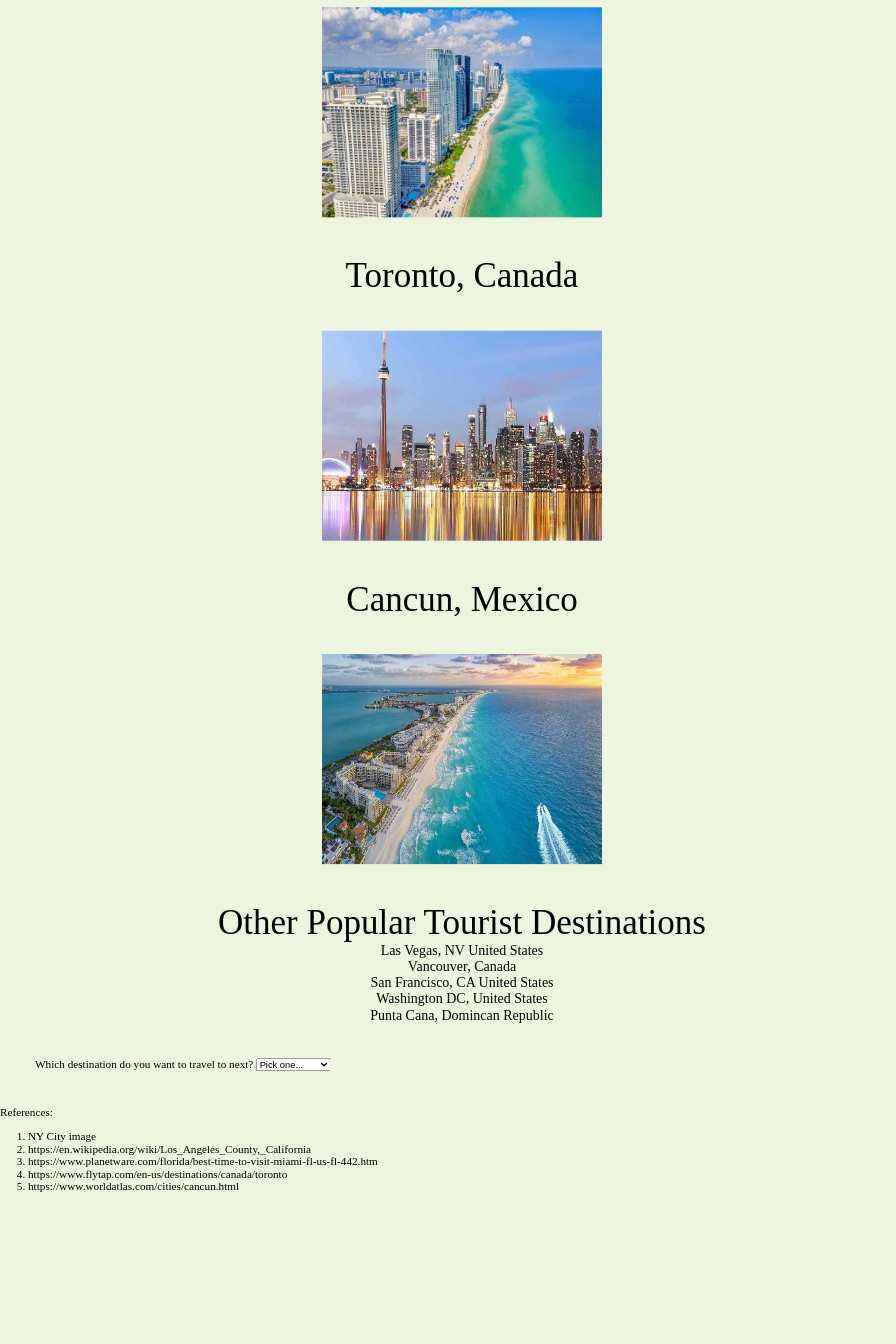
Repository: alharama/StaticWebsite
Page: na_page.html
An editor plug-in stored every save of this project. The page is shown before and after the next save, followed by the edit.
The browser window is 1280 px wide. The pictures show the part of the page from y = 1739 to 3659 px (the page is 3659 px tall before and 3591 px after), at 70% of full size.

Above is the page before, as saved 2021-09-30 00:36:04.

### na_page.html
<!DOCTYPE html>
<html>
<head>

    <link rel = "stylesheet" type="text/css" href="StyleSheet.css">;
    <link rel="icon" href="World.ico">;

    <title> North America </title>

    <style>

        #na {
            display: block;
            margin-left: auto;
            margin-right: auto;
            margin-top: 30px;
            width: auto;
            height: 300px;

        }

        #survey {
            margin: 50px;
        }




    </style>

</head>

<body>
    <header>
        North America


        <div id="languages">
            <span>Hello</span>
            <span>Bonjour</span>
            <span>Marhabaan</span>
            <span>Zdravstvuyte</span>
            <span>nǐ hǎo</span>
            <span>Salve</span>
            <span>Konnichiwa</span>
            <span>Guten Tag</span>
            <span>Goddag</span>
            <span>Shikamoo</span>
        </div>
    </header>


        <nav class="top_nav">
            <ul id="top_nav">
                <li><a href="/index.html">Home</a></li>
                <li><a href="/na_page.html">North America</a></li>
                <li><a href="/sa_page.html">South America</a></li>
                <li><a href="/eu_page.html">Europe</a></li>
                <li><a href="/af_page.html">Africa</a></li>
                <li><a href="/as_page.html">Asia</a></li>
                <li><a href="/au_page.html">Australia</a></li>
                <li><a href="/ant_page.html">Antarctica</a></li>
            </ul>
        </nav>

        <img id="na" src="images/NorthAmerica.png" alt="North america">


        <h1> Top Tourist Destinations in North America</h1>


        <ul class = "tourist_spots">
            <li> New York City, NY United States</li>

            <span><img id="dest" src="images/NY.jpeg" alt="NY">  </span>
            <li> Los Angeles, CA United States</li>
            <span><img id = "dest" src="images/LA.jpeg" alt="LA">  </span>
            <li> Miami, FL United States</li>
            <span><img id = "dest" src="images/MIA.jpeg" alt = "MIA">  </span>
            <li> Toronto, Canada</li>
            <span><img id = "dest" src="images/TOR.jpeg" alt="TOR">  </span>
            <li> Cancun, Mexico</li>
            <span><img id="dest" src="images/Cancun.jpeg" alt="Cancun">  </span>

            <div class = "extra_destinations">
                <span id="other_dest_header"> Other Popular Tourist Destinations</span>
                <li> Las Vegas, NV United States</li>
                <li> Vancouver, Canada</li>
                <li> San Francisco, CA United States</li>
                <li> Washington DC, United States</li>
                <li> Punta Cana, Domincan Republic</li>
            </div>

        </ul>



        <div id="survey">

            Which destination do you want to travel to next?
            <select>
                <option>Pick one...</option>
                <option>New York City</option>
                <option>Los Angeles</option>
                <option>Miami</option>
                <option>Toronto</option>
                <option>Cancun</option>
                <option>Las Vegas</option>
                <option>Vancouver</option>
            </select>

        </div>





</body>


    <footer>

        References:

        <ol>
            <li><a href="https://www.travelandleisure.com/travel-guide/new-york-city"></a>NY City image</li>
            <li>https://en.wikipedia.org/wiki/Los_Angeles_County,_California</li>
            <li>https://www.planetware.com/florida/best-time-to-visit-miami-fl-us-fl-442.htm</li>
            <li>https://www.flytap.com/en-us/destinations/canada/toronto</li>
            <li>https://www.worldatlas.com/cities/cancun.html</li>
        </ol>

    </footer>


</html>

### StyleSheet.css

 @import url('https://fonts.googleapis.com/css2?family=Kaushan+Script&display=swap');



 header {
    text-align: center;
    padding: 5px;
    font-family: 'Kaushan Script', cursive;
    font-size: 100px;
    border-bottom: 1px solid;

}

body{
    background: rgb(238, 245, 222);
    margin: 0px;
    padding-bottom: 200px;
}

.top_nav {
    width: 100%;
    font-size: 40px;
    text-align: center;
    color: red;

}

.top_nav ul {
    margin: 0px;
    color: blue;
}

.top_nav li {
    display: inline-block;

}

.top_nav a {
    text-decoration:underline;
    color: rgb(175, 52, 52);

}

.top_nav a:hover {
    background-color: lightgray;
}


#languages{

    display: flex;
    font-size: 20px;
    justify-content:space-around;
}



 h1 {
    text-align: center;
    font-family: 'Kaushan Script', cursive;
}

.tourist_spots {
    text-align: center;
}
.tourist_spots li {
    list-style: none;
    text-align: center;
    font-size: 50px;

}


#dest {
    width: 400px;
    height: 300px;
    padding: 50px;
}

#other_dest_header {
    font-size: 50px;
}
.extra_destinations li{
    font-size: 20px;
}

#survey {
    margin: 50px;
}

After the next save:
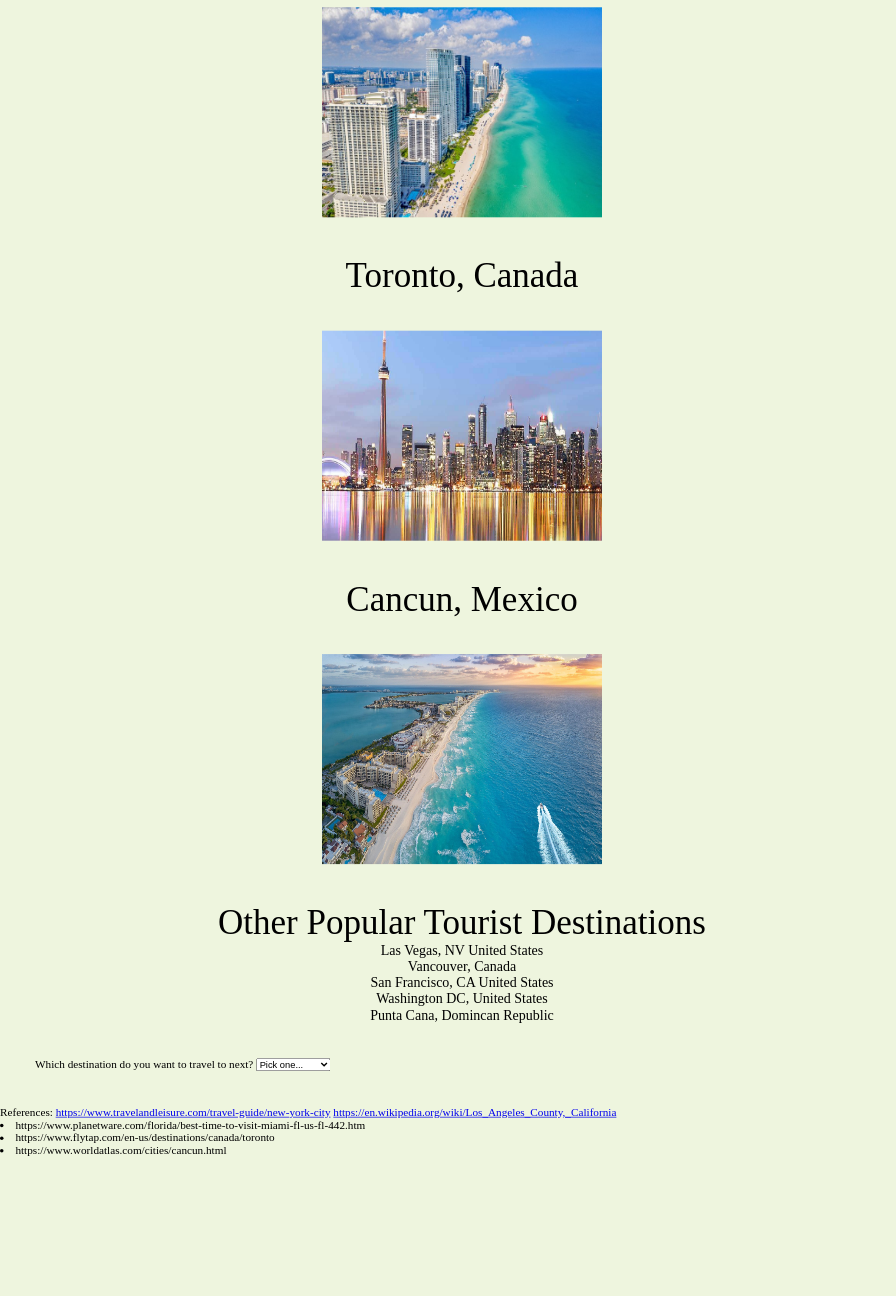
Saved 2 min 29 s later.
--- a/na_page.html
+++ b/na_page.html
@@ -122,13 +122,11 @@
 
         References:
 
-        <ol>
-            <li><a href="https://www.travelandleisure.com/travel-guide/new-york-city"></a>NY City image</li>
-            <li>https://en.wikipedia.org/wiki/Los_Angeles_County,_California</li>
+            <a href="https://www.travelandleisure.com/travel-guide/new-york-city">https://www.travelandleisure.com/travel-guide/new-york-city</a>
+            <a href="https://en.wikipedia.org/wiki/Los_Angeles_County,_California">https://en.wikipedia.org/wiki/Los_Angeles_County,_California</a>
             <li>https://www.planetware.com/florida/best-time-to-visit-miami-fl-us-fl-442.htm</li>
             <li>https://www.flytap.com/en-us/destinations/canada/toronto</li>
             <li>https://www.worldatlas.com/cities/cancun.html</li>
-        </ol>
 
     </footer>
 
